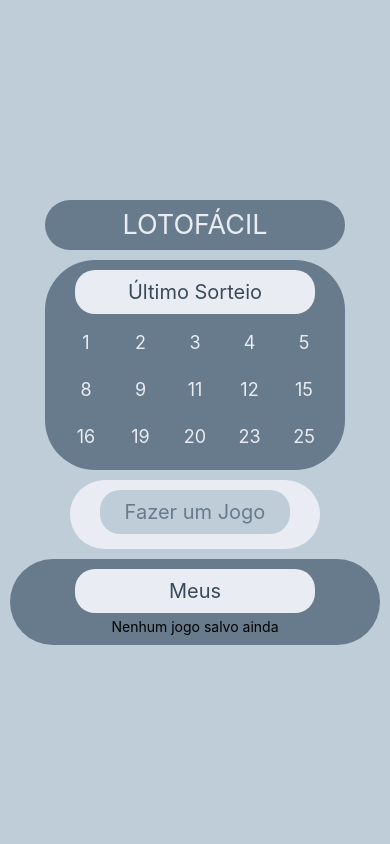
Repository: Deyvid-Kasteh/LotofacilApp
Screen: /
An editor plug-in stored every save of this project. The screen is shown before and after a run of saves, followed by the edit.
The app was drawn by React Native's web renderer in a window 390 px wide. The project was rebuilt for these pictures with package versions that can differ from the ones it lists, and the page was loaded fresh each time. Also part of the build but not shown: Bolhas.js, components/Resultado.js, assets/Cores.js, components/Jogo.js, paginaTESTE.js, paginaTESTE2.js, SeuComponentePai.js, components/ResultadoTexte2.js.

Above is the screen before, as saved 2023-12-02 22:50:36.

### App.js
import { StatusBar } from 'expo-status-bar';
import { Text, View } from 'react-native';
import MainPage from './pages/MainPage';

export default function App() {
  return (
    <MainPage/>
  );
}

### pages/MainPage.js
import { View, Text } from 'react-native'
import React from 'react'
import { StatusBar } from "expo-status-bar";
import Resultado from '../components/Resultado';
import PaginaTesteee from '../paginaTESTE';
import Teste2pagina from '../paginaTESTE2';
import SeuComponentePai from '../SeuComponentePai';
import ResultadoTexte from '../components/ResultadoTexte';
import ResultadoTexte2 from '../components/ResultadoTexte2';
import MostrarJogosSalvos from '../components/MostrarJogosSalvos';
import ResultadoTexteParaFazerCorreções from '../paginaTESTE';


const MainPage = () => {
  return (
    <View
      style={{
        flex: 1,
        alignItems: "center",
        justifyContent: "flex-start",
        backgroundColor: "#BFCDD9",
      }}
    >
      <StatusBar style="auto" />
      {/* <Text>Lotofácil</Text> */}
      {/* <Resultado /> */}
      {/* <PaginaTesteee /> */}
      {/* <Teste2pagina/> */}
      {/* <SeuComponentePai/> */}
      <ResultadoTexte />
      {/* <ResultadoTexte2/> */}
      {/* <MostrarJogosSalvos /> */}
      {/* <ResultadoTexteParaFazerCorreções/> */}
    </View>
  );
}

export default MainPage

### components/ResultadoTexte.js
import { View, Text, TouchableOpacity } from "react-native";
import React, { useState } from "react";
import AsyncStorage from "@react-native-async-storage/async-storage";

import Bubble from "./Bubble";
import latestJson from "../Latest.json";
import Bolhas from "../Bolhas";
import Jogo from "./Jogo";
import MostrarJogosSalvos from "./MostrarJogosSalvos";

// Defina constantes para cores
const backgroundColor1 = "#687B8C";
const backgroundColor2 = "#394A59";
const backgroundColor3 = "#E9ECF2";

const bolhasContainerStyle = {
  flexWrap: "wrap",
  flexDirection: "row",
  alignContent: "center",
  justifyContent: "space-evenly",
};
const ResultadoTexte = () => {
  const [viewHeight, setViewHeight] = useState(50);
  const toggleHeight = () => {
    const newHeight = viewHeight === 50 ? 200 : 50;
    setViewHeight(newHeight);
    console.log("mudou");
  };

  const [alturaView1, setAlturaView1] = useState(200);
  const toggleAltura = () => {
    const novaAltura = alturaView1 === 200 ? 50 : 200;
    setAlturaView1(novaAltura);
  };

  const [alturaView3, setAlturaView3] = useState(200);
  const toggleAlturaView3 = () => {
    const novaAlturaView3 = alturaView3 === 200 ? 50 : 200;
    setAlturaView3(novaAlturaView3);
  };

  const dezenas = latestJson.Dezenas;

  const renderFazerJogo = () => {
    const [chosenNumbers, setChosenNumbers] = useState([]);
    const bolhasSelecionadas = chosenNumbers.length;
    const onSaveJogoPress = async () => {
      if (bolhasSelecionadas === 15) {
        try {
          // Recupera os jogos já salvos (se existirem)
          const jogosSalvosJSON = await AsyncStorage.getItem("meusJogos");
          const jogosSalvos = jogosSalvosJSON
            ? JSON.parse(jogosSalvosJSON)
            : [];

          // Cria um objeto representando o jogo atual
          const jogoAtual = {
            numerosSelecionados: chosenNumbers,
            data: new Date().toLocaleString(),
          };

          // Adiciona o jogo atual à lista de jogos
          jogosSalvos.push(jogoAtual);

          // Salva a lista atualizada de jogos no AsyncStorage
          await AsyncStorage.setItem("meusJogos", JSON.stringify(jogosSalvos));

          console.log("Jogo salvo!");
          // Limpa os números escolhidos após salvar o jogo
          setChosenNumbers([]);
        } catch (error) {
          console.error("Erro ao salvar o jogo:", error);
        }
      } else {
        console.log("Selecione exatamente 15 números para salvar o jogo.");
      }
    };
    const handleBolhaPress = (numero) => {
      if (chosenNumbers.includes(numero)) {
        setChosenNumbers(chosenNumbers.filter((num) => num !== numero));
      } else {
        if (bolhasSelecionadas < 15) {
          setChosenNumbers([...chosenNumbers, numero]);
        }
      }
    };
    const dezenasParaEscolher = Array.from({ length: 25 }, (_, i) => i + 1);

    if (viewHeight === 50) {
      return null;
    } else {
      return (
        <View style={{ justifyContent: "center", alignItems: "center" }}>
          <View style={{}}>
            <Text
              style={{
                color: backgroundColor3,
                fontSize: 16,
              }}
            >
              Escolha 15 números
            </Text>
          </View>
          <View style={bolhasContainerStyle}>
            {dezenasParaEscolher.map((numero, index) => (
              <Bolhas
                key={index}
                numero={numero}
                choose={chosenNumbers.includes(numero)}
                onPress={() => handleBolhaPress(numero)}
              />
            ))}
          </View>
          <View key="números" style={{}}>
            <Text
              style={{
                color: backgroundColor3,
                fontSize: 16,
              }}
            >
              {bolhasSelecionadas} números selecionados
            </Text>
            <TouchableOpacity onPress={onSaveJogoPress}>
              <Text
                style={{
                  color: bolhasSelecionadas === 15 ? "green" : backgroundColor3,
                }}
              >
                SALVAR JOGO
              </Text>
            </TouchableOpacity>
            {/* <TouchableOpacity onPress={onDeleteJogosPress}>
              <Text style={{ color: "red" }}>DELETAR JOGOS</Text>
            </TouchableOpacity> */}
          </View>
        </View>
      );
    }
  };

  const renderConferirJogos = () => {
    const [chosenNumbers, setChosenNumbers] = useState([]);
    const handleBolhaPress = (numero) => {
      if (chosenNumbers.includes(numero)) {
        setChosenNumbers(chosenNumbers.filter((num) => num !== numero));
      } else {
        // Adicione a lógica para permitir no máximo 15 bolhas selecionadas
        if (chosenNumbers.length < 15) {
          setChosenNumbers([...chosenNumbers, numero]);
        }
      }
    };
    const dezenasParaEscolher = Array.from({ length: 25 }, (_, i) => i + 1);
    if (alturaView3 === 50) {
      return null; // Retorna null se a altura for 50
    } else {
      return (
        <View style={bolhasContainerStyle}>
          <MostrarJogosSalvos />
        </View>
      );
    }
  };

  return (
    <View
      style={{
        flex: 1,
        justifyContent: "center",
        alignItems: "center",
      }}
    >
      <View
        style={{
          width: 300,
          height: 50,
          borderRadius: 50,
          alignItems: "center",
          justifyContent: "center",
          elevation: 2,
          backgroundColor: backgroundColor1,
          marginBottom: 10,
        }}
      >
        <Text
          style={{
            color: backgroundColor3,
            fontSize: 27,
          }}
        >
          LOTOFÁCIL
        </Text>
      </View>

      <View
        key="1"
        style={[
          {
            width: 300,
            padding: 10,
            borderRadius: 50,
            alignItems: "center",
            elevation: 2,
            backgroundColor: backgroundColor1,
            marginBottom: 10,
          },
          alturaView1 === 50
            ? { width: 250, backgroundColor: "#E9ECF2" }
            : { width: 300, backgroundColor: "#687B8C" },
        ]}
      >
        <TouchableOpacity
          style={[
            {
              width: 240,
              backgroundColor: backgroundColor3,
              elevation: 5,
              justifyContent: "center",
              alignItems: "center",
              padding: 10,
              borderRadius: 20,
              marginBottom: 5,
            },
            alturaView1 === 50
              ? { width: 190, backgroundColor: "#BFCDD9" }
              : { width: 240, backgroundColor: "#E9ECF2" },
          ]}
          onPress={() => toggleAltura()}
        >
          <Text
            style={{
              fontSize: 20,
              color: alturaView1 === 50 ? backgroundColor1 : backgroundColor2,
            }}
          >
            Último Sorteio
          </Text>
        </TouchableOpacity>

        {alturaView1 === 200 && (
          <View style={bolhasContainerStyle}>
            {dezenas.map((numero, index) => (
              <Bubble key={index} numero={numero} />
            ))}
          </View>
        )}
      </View>

      <View
        key="2"
        style={[
          {
            width: 300,
            padding: 10,
            borderRadius: 50,
            alignItems: "center",
            elevation: 2,
            marginBottom: 10,
          },
          viewHeight === 50
            ? { width: 250, backgroundColor: "#E9ECF2" }
            : { width: 300, backgroundColor: "#687B8C" },
        ]}
      >
        <TouchableOpacity
          style={[
            {
              width: 240,
              elevation: 5,
              justifyContent: "center",
              alignItems: "center",
              padding: 10,
              borderRadius: 20,
              marginBottom: 5,
            },
            viewHeight === 50
              ? { width: 190, backgroundColor: "#BFCDD9" }
              : { width: 240, backgroundColor: "#E9ECF2" },
          ]}
          onPress={() => toggleHeight()}
        >
          <Text
            style={{
              fontSize: 20,
              color: viewHeight === 50 ? backgroundColor1 : backgroundColor2,
            }}
          >
            Fazer um Jogo
          </Text>
        </TouchableOpacity>
        {renderFazerJogo()}
      </View>
      <View
        key="3"
        style={[
          {
            width: 300,
            padding: 10,
            borderRadius: 50,
            alignItems: "center",
            elevation: 2,
          },
          alturaView3 === 50
            ? { width: 250, backgroundColor: "#E9ECF2" }
            : { width: 370, backgroundColor: "#687B8C" },
        ]}
      >
        <TouchableOpacity
          style={[
            {
              width: 240,
              elevation: 5,
              justifyContent: "center",
              alignItems: "center",
              padding: 10,
              borderRadius: 20,
              marginBottom: 5,
            },
            alturaView3 === 50
              ? { width: 190, backgroundColor: "#BFCDD9" }
              : { width: 240, backgroundColor: "#E9ECF2" },
          ]}
          onPress={() => toggleAlturaView3()}
        >
          <Text
            style={{
              fontSize: 20,
              color: alturaView3 === 50 ? backgroundColor1 : backgroundColor2,
            }}
          >
            Meus
          </Text>
        </TouchableOpacity>
        {renderConferirJogos()}
        {/* <MostrarJogosSalvos/> */}
      </View>
    </View>
  );
};

export default ResultadoTexte;

### components/MostrarJogosSalvos.js
import React, { useState, useEffect } from "react";
import { View, Text, TouchableOpacity } from "react-native";
import AsyncStorage from "@react-native-async-storage/async-storage";
import Jogo from "./Jogo";

const MostrarJogosSalvos = () => {
  const [jogosSalvos, setJogosSalvos] = useState([]);

  // Adicione a função saveJogos
  const saveJogos = async (jogos) => {
    try {
      await AsyncStorage.setItem("meusJogos", JSON.stringify(jogos));
    } catch (error) {
      console.error("Erro ao salvar jogos:", error);
    }
  };

  const handleDelete = async (index) => {
    try {
      const jogosAtualizados = [...jogosSalvos];
      jogosAtualizados.splice(index, 1);

      await saveJogos(jogosAtualizados);

      setJogosSalvos(jogosAtualizados);
    } catch (error) {
      console.error("Erro ao deletar jogo:", error);
    }
  };

  useEffect(() => {
    const carregarJogosSalvos = async () => {
      try {
        const jogosSalvosJSON = await AsyncStorage.getItem("meusJogos");
        const jogosSalvos = jogosSalvosJSON ? JSON.parse(jogosSalvosJSON) : [];
        setJogosSalvos(jogosSalvos);
      } catch (error) {
        console.error("Erro ao carregar jogos salvos:", error);
      }
    };

    carregarJogosSalvos();
  }, []);

  return (
    <View>
      {jogosSalvos.length === 0 ? (
        <Text>Nenhum jogo salvo ainda</Text>
      ) : (
        jogosSalvos.map((jogo, index) => (
          <Jogo
            key={index}
            numerosSelecionados={jogo.numerosSelecionados}
            onDelete={() => handleDelete(index)}
          />
        ))
      )}
    </View>
  );
};

export default MostrarJogosSalvos;

### components/Bubble.js
import { View, Text } from "react-native";
import React from "react";

const Bubble = (props) => {
  if (props.choose) {console.log(props.choose)}
  return (
    <View
      style={[
        {
          width: 35,
          height: 35,
          // backgroundColor: "#394A59",
          // backgroundColor: "#687B8C",

          borderRadius: 50,
          alignContent: "center",
          justifyContent: "center",
          alignItems: "center",
          margin: 6,
          // elevation: 5,
          opacity: 1,
        },
        props.choose
          ? { backgroundColor: "#394A59" }
          : { backgroundColor: "#687B8C" },
      ]}
    >
      <Text
        style={{
          color: "#E9ECF2",
          fontSize: 18,
        }}
      >
        {props.numero}
      </Text>
    </View>
  );
};

export default Bubble;

### Latest.json
{
  "concurso": 2960,
  "Data Sorteio": "22/11/2023",
  "Dezenas": [
    1,
    2,
    3,
    4,
    5,
    8,
    9,
    11,
    12,
    15,
    16,
    19,
    20,
    23,
    25
  ],
  "Ganhadores 15 acertos": 3,
  "Cidade / UF": "BRASILIA/DF; JARAGUA/GO; IPATINGA/MG",
  "Premio 15 Acertos": "R$1.639.439,24",
  "Ganhadores 14 Acertos": 433,
  "Premio 14 Acertos": "R$1.732,84",
  "Ganhadores 13 Acertos": 13831,
  "Premio 13 Acertos": "R$30,00",
  "Ganhadores 12 Acertos": 163567,
  "Premio 12 Acertos": "R$12,00",
  "Ganhadores 11 Acertos": 882304,
  "Premio 11 Acertos": "R$6,00"
}

After the next 2 saves:
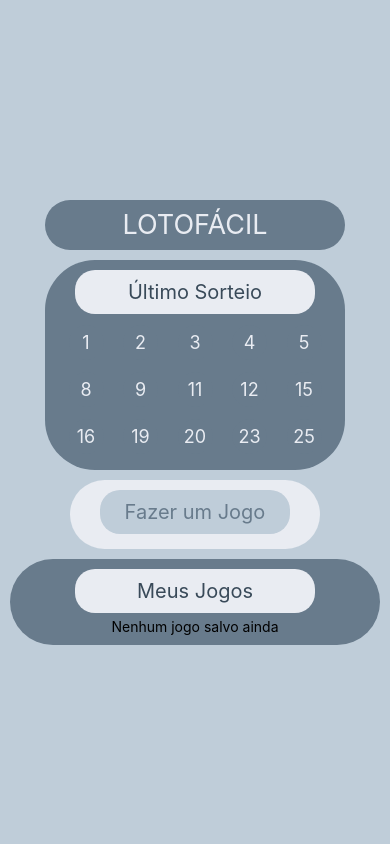
The 2 saves are shown as one change because they came seconds apart.
The last was saved 5 s later.
--- a/components/ResultadoTexte.js
+++ b/components/ResultadoTexte.js
@@ -328,7 +328,7 @@
               color: alturaView3 === 50 ? backgroundColor1 : backgroundColor2,
             }}
           >
-            Meus
+            Meus Jogos
           </Text>
         </TouchableOpacity>
         {renderConferirJogos()}
